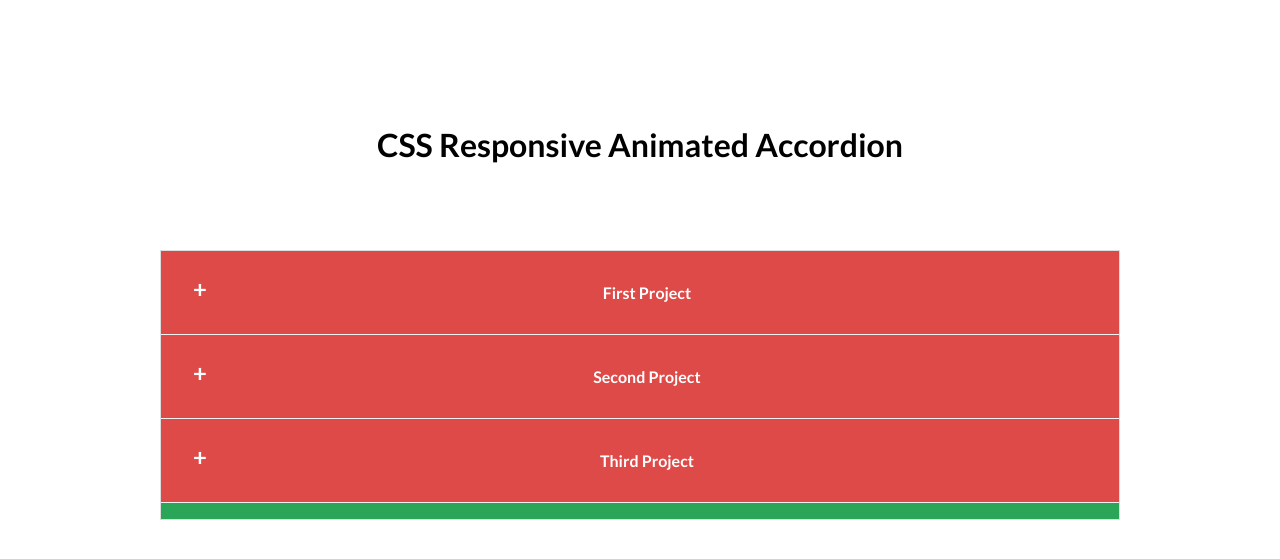
Repository: Imprasna/personalperform
Page: index.html
An editor plug-in stored every save of this project. The page is shown before and after the next save, followed by the edit.
The browser window is 1280 px wide. The pictures show the whole page.
The style sheet was rebuilt from its Sass, Less or Tailwind sources for each picture, by a compiler version that may differ from the author's.

Above is the page before, as saved 2021-12-30 22:27:43.

### index.html
<!DOCTYPE html>
<html lang="en">

<head>
    <meta charset="UTF-8">
    <meta http-equiv="X-UA-Compatible" content="IE=edge">
    <meta name="viewport" content="width=device-width, initial-scale=1.0">
    <link rel="stylesheet" href="css/accordion.css">
    <title>Prasanna's Performance Tests</title>
</head>

<body>
    <div class="container">
        <h1 class="heading-primary">CSS Responsive Animated Accordion</h1>
        <div class="accordion">
            <dl>
                <dt>
                    <a href="#accordion1" aria-expanded="false" aria-controls="accordion1"
                        class="accordion-title accordionTitle js-accordionTrigger">First Project</a>
                </dt>
                <dd class="accordion-content accordionItem is-collapsed" id="accordion1" aria-hidden="true">
                    <p>Project Name : Gedee Public School.</p>
                    <p>No. of Days: 6 Months.</p>
                    <p>ToolS Used: HTML / CSS / JavaScript.</p>
                    <p>The time I joined the Company, this has been the first project that has been handed to me. Since I had no touch to whatever I learnt previously. It took me nearly 6 months and also due to the delay of contents from the client it took me so long in getting this project completed.
                    </p>
                </dd>
                <dt>
                    <a href="#accordion2" aria-expanded="false" aria-controls="accordion2"
                        class="accordion-title accordionTitle js-accordionTrigger">
                        Second Project</a>
                </dt>
                <dd class="accordion-content accordionItem is-collapsed" id="accordion2" aria-hidden="true">
                    <p>Lorem ipsum dolor sit amet, consectetur adipiscing elit. Morbi eu interdum diam. Donec interdum
                        porttitor risus non bibendum. Maecenas sollicitudin eros in quam imperdiet placerat. Cras justo
                        purus, rhoncus nec lobortis ut, iaculis vel ipsum. Donec dignissim arcu nec elit faucibus
                        condimentum. Donec facilisis consectetur enim sit amet varius. Pellentesque justo dui, sodales
                        quis luctus a, iaculis eget mauris. </p>
                    <p>Aliquam dapibus, ante quis fringilla feugiat, mauris risus condimentum massa, at elementum libero
                        quam ac ligula. Pellentesque at rhoncus dolor. Duis porttitor nibh ut lobortis aliquam. Nullam
                        eu dolor venenatis mauris placerat tristique eget id dolor. Quisque blandit adipiscing erat
                        vitae dapibus. Nulla aliquam magna nec elementum tincidunt.</p>
                </dd>

                <dt>
                    <a href="#accordion3" aria-expanded="false" aria-controls="accordion3"
                        class="accordion-title accordionTitle js-accordionTrigger">
                        Third Project
                    </a>
                </dt>
                <dd class="accordion-content accordionItem is-collapsed" id="accordion3" aria-hidden="true">
                    <p>Lorem ipsum dolor sit amet, consectetur adipiscing elit. Morbi eu interdum diam. Donec interdum
                        porttitor risus non bibendum. Maecenas sollicitudin eros in quam imperdiet placerat. Cras justo
                        purus, rhoncus nec lobortis ut, iaculis vel ipsum. Donec dignissim arcu nec elit faucibus
                        condimentum. Donec facilisis consectetur enim sit amet varius. Pellentesque justo dui, sodales
                        quis luctus a, iaculis eget mauris. </p>
                    <p>Aliquam dapibus, ante quis fringilla feugiat, mauris risus condimentum massa, at elementum libero
                        quam ac ligula. Pellentesque at rhoncus dolor. Duis porttitor nibh ut lobortis aliquam. Nullam
                        eu dolor venenatis mauris placerat tristique eget id dolor. Quisque blandit adipiscing erat
                        vitae dapibus. Nulla aliquam magna nec elementum tincidunt.</p>
                </dd>
            </dl>
        </div>
    </div>

    <script src="app.js"></script>
</body>

</html>

### app.js
//uses classList, setAttribute, and querySelectorAll
//if you want this to work in IE8/9 youll need to polyfill these
(function(){
	var d = document,
	accordionToggles = d.querySelectorAll('.js-accordionTrigger'),
	setAria,
	setAccordionAria,
	switchAccordion,
  touchSupported = ('ontouchstart' in window),
  pointerSupported = ('pointerdown' in window);

  skipClickDelay = function(e){
    e.preventDefault();
    e.target.click();
  }

		setAriaAttr = function(el, ariaType, newProperty){
		el.setAttribute(ariaType, newProperty);
	};
	setAccordionAria = function(el1, el2, expanded){
		switch(expanded) {
      case "true":
      	setAriaAttr(el1, 'aria-expanded', 'true');
      	setAriaAttr(el2, 'aria-hidden', 'false');
      	break;
      case "false":
      	setAriaAttr(el1, 'aria-expanded', 'false');
      	setAriaAttr(el2, 'aria-hidden', 'true');
      	break;
      default:
				break;
		}
	};
//function
switchAccordion = function(e) {
  console.log("triggered");
	e.preventDefault();
	var thisAnswer = e.target.parentNode.nextElementSibling;
	var thisQuestion = e.target;
	if(thisAnswer.classList.contains('is-collapsed')) {
		setAccordionAria(thisQuestion, thisAnswer, 'true');
	} else {
		setAccordionAria(thisQuestion, thisAnswer, 'false');
	}
  	thisQuestion.classList.toggle('is-collapsed');
  	thisQuestion.classList.toggle('is-expanded');
		thisAnswer.classList.toggle('is-collapsed');
		thisAnswer.classList.toggle('is-expanded');

  	thisAnswer.classList.toggle('animateIn');
	};
	for (var i=0,len=accordionToggles.length; i<len; i++) {
		if(touchSupported) {
      accordionToggles[i].addEventListener('touchstart', skipClickDelay, false);
    }
    if(pointerSupported){
      accordionToggles[i].addEventListener('pointerdown', skipClickDelay, false);
    }
    accordionToggles[i].addEventListener('click', switchAccordion, false);
  }
})();

### accordion.scss

//updated ver
* {
    box-sizing:border-box;
  }
  @import url(https://fonts.googleapis.com/css?family=Lato:400,700);
  body {

    font-family:'Lato';
  }
  .heading-primary {
    font-size:2em;
    padding:2em;
    text-align:center;
  }
  .accordion dl,
  .accordion-list {
     border:1px solid #ddd;
     &:after {
         content: "";
         display:block;
         height:1em;
         width:100%;
         background-color:darken(#38cc70, 10%);
       }
  }
  .accordion dd,
  .accordion__panel {
     background-color:#eee;
     font-size:1em;
     line-height:1.5em;
  }
  .accordion p {
    padding: .2rem;
  }

  .accordion {
      position:relative;
      background-color:#eee;
  }
  .container {
    max-width:960px;
    margin:0 auto;
    padding:2em 0 2em 0;
  }
  .accordionTitle,
  .accordion__Heading {
   background-color:#DD4A48;
     text-align:center;
       font-weight:700;
            padding:2em;
            display:block;
            text-decoration:none;
            color:#fff;
            transition:background-color 0.5s ease-in-out;
    border-bottom:1px solid darken(#fff, 5%);
    &:before {
     content: "+";
     font-size:1.5em;
     line-height:0.5em;
     float:left;
     transition: transform 0.3s ease-in-out;
    }
    &:hover {
      background-color:darken(#EC255A, 10%);
    }
  }
  .accordionTitleActive,
  .accordionTitle.is-expanded {
     background-color:darken(#4F091D, 10%);
     border-bottom:1px solid darken(#4F091D, 5%);
      &:before {

        transform:rotate(-225deg);
      }
  }
  .accordionItem {
      height:auto;
      overflow:hidden;
      //SHAME: magic number to allow the accordion to animate

       max-height:50em;
      transition:max-height 1s;


      @media screen and (min-width:48em) {
           max-height:20em;
          transition:max-height 0.5s

      }


  }

  .accordionItem.is-collapsed {
      max-height:0;
  }
  .no-js .accordionItem.is-collapsed {
    max-height: auto;
  }
  .animateIn {
       animation: accordionIn 0.45s normal ease-in-out both 1;
  }
  .animateOut {
       animation: accordionOut 0.45s alternate ease-in-out both 1;
  }
  @keyframes accordionIn {
    0% {
      opacity: 0;
      transform:scale(0.9) rotateX(-60deg);
      transform-origin: 50% 0;
    }
    100% {
      opacity:1;
      transform:scale(1);
    }
  }

  @keyframes accordionOut {
      0% {
         opacity: 1;
         transform:scale(1);
       }
       100% {
            opacity:0;
             transform:scale(0.9) rotateX(-60deg);
         }
  }

After the next save:
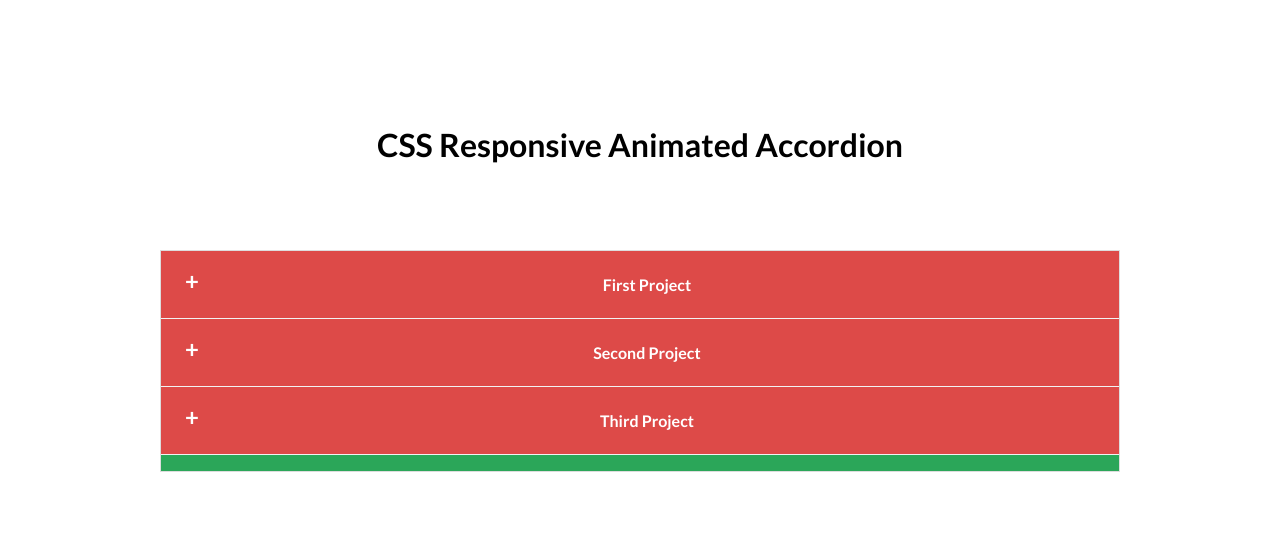
Saved 63 s later.
--- a/accordion.scss
+++ b/accordion.scss
@@ -48,7 +48,7 @@
    background-color:#DD4A48;
      text-align:center;
        font-weight:700;
-            padding:2em;
+            padding:1.5rem;
             display:block;
             text-decoration:none;
             color:#fff;
